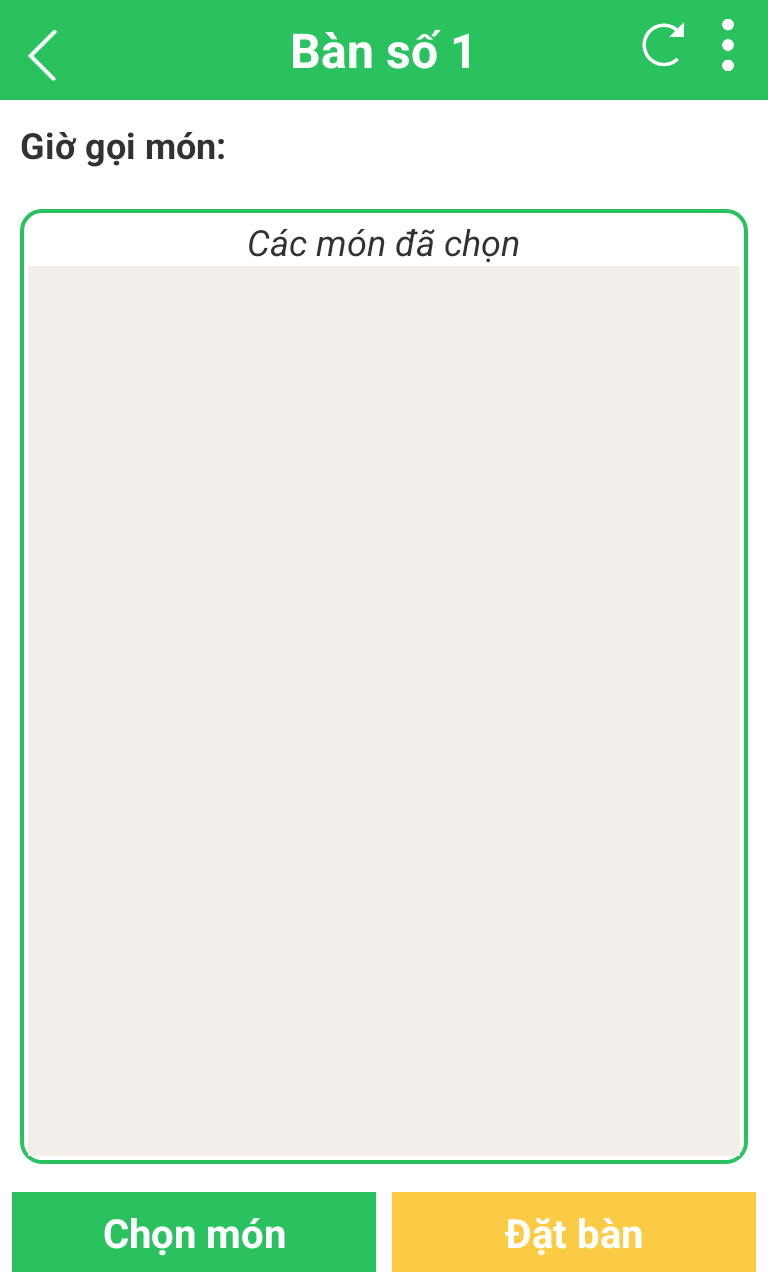
Repository: yenthanh132/Intelresment_AndroidClientApp
Layout: Intelresment/res/layout/activity_table.xml
The author's editor kept a copy of each file at every save. The layout is drawn from the files as they stood at one save, then again after the next save.
It is drawn on a 768 x 1280 px phone screen (xhdpi) without system bars, with theme android:Theme.Holo.Light.NoActionBar; the app's code is not run. Lists and similar views that code fills are empty.

Above is the layout before, as saved 2014-12-29 05:08:16.

### Intelresment/res/layout/activity_table.xml
<?xml version="1.0" encoding="utf-8"?>
<RelativeLayout xmlns:android="http://schemas.android.com/apk/res/android"
    android:layout_width="match_parent"
    android:layout_height="match_parent" >

    <RelativeLayout
        android:id="@+id/header"
        android:layout_width="match_parent"
        android:layout_height="wrap_content"
        android:background="#2AC25F"
        android:padding="5dp" >

        <ImageButton
            android:id="@+id/btnBack"
            android:layout_width="35dp"
            android:layout_height="35dp"
            android:background="@drawable/transparent_button"
            android:scaleType="fitXY"
            android:layout_marginTop="5dp"
            android:src="@drawable/back" />

        <TextView
            android:id="@+id/tvTableName"
            android:layout_width="wrap_content"
            android:layout_height="wrap_content"
            android:layout_centerInParent="true"
            android:text="Bàn số 1"
            android:textColor="#fff"
            android:textSize="24sp"
            android:textStyle="bold" />

        <ImageButton
            android:id="@+id/btnRefresh"
            android:layout_width="35dp"
            android:layout_height="35dp"
            android:layout_toLeftOf="@+id/btnMenu"
            android:background="@drawable/transparent_button"
            android:scaleType="fitXY"
            android:src="@drawable/refresh" />

        <ImageButton
            android:id="@+id/btnMenu"
            android:layout_width="30dp"
            android:layout_height="35dp"
            android:layout_alignParentRight="true"
            android:background="@drawable/transparent_button"
            android:scaleType="fitCenter"
            android:src="@drawable/menu" />
    </RelativeLayout>

    <RelativeLayout
        android:id="@+id/panelDetail"
        android:layout_width="match_parent"
        android:layout_height="wrap_content"
        android:layout_above="@+id/panelButton"
        android:layout_below="@+id/header"
        android:padding="10dp" >

        <TextView
            android:id="@+id/tvLabel1"
            android:layout_width="wrap_content"
            android:layout_height="wrap_content"
            android:text="Giờ gọi món: "
            android:textSize="18sp"
            android:textStyle="bold" />

        <TextView
            android:id="@+id/tvOrderDate"
            android:layout_width="wrap_content"
            android:layout_height="wrap_content"
            android:layout_toRightOf="@+id/tvLabel1"
            android:text=""
            android:textColor="#2AC25F"
            android:textSize="18sp"
            android:textStyle="bold" />

        <RelativeLayout
            android:id="@+id/panelOrderedFood"
            android:layout_width="match_parent"
            android:layout_height="wrap_content"
            android:layout_below="@+id/tvOrderDate"
            android:layout_marginTop="20dp"
            android:background="@drawable/oval_rectangle"
            android:padding="4dp" >

            <TextView
                android:id="@+id/tvLabel2"
                android:layout_width="wrap_content"
                android:layout_height="wrap_content"
                android:layout_centerHorizontal="true"
                android:text="Các món đã chọn"
                android:textSize="18sp"
                android:textStyle="italic" />

            <GridView
                android:id="@+id/gvOrderedFood"
                android:layout_width="match_parent"
                android:layout_height="match_parent"
                android:layout_below="@+id/tvLabel2"
                android:background="#F2EEE9" >
            </GridView>
        </RelativeLayout>
    </RelativeLayout>

    <LinearLayout
        android:id="@+id/panelButton"
        android:layout_width="match_parent"
        android:layout_height="wrap_content"
        android:layout_alignParentBottom="true"
        android:paddingLeft="2dp"
        android:paddingRight="2dp"
        android:weightSum="2" >

        <Button
            android:id="@+id/btnChooseFood"
            android:layout_width="match_parent"
            android:layout_height="wrap_content"
            android:layout_weight="1"
            android:background="@drawable/green_button"
            android:padding="10dp"
            android:text="Chọn món"
            android:textColor="#fff"
            android:textSize="20sp"
            android:textStyle="bold" />

        <Button
            android:id="@+id/btnOrder"
            android:layout_width="match_parent"
            android:layout_height="wrap_content"
            android:layout_weight="1"
            android:background="@drawable/orange_button"
            android:padding="10dp"
            android:text="Đặt bàn"
            android:textColor="#fff"
            android:textSize="20sp"
            android:textStyle="bold" />
    </LinearLayout>

</RelativeLayout>

### Intelresment/res/drawable/transparent_button.xml
<?xml version="1.0" encoding="utf-8"?>
<selector xmlns:android="http://schemas.android.com/apk/res/android">

    <item android:state_pressed="true"><shape>
            <solid android:color="#0E9174" />
        </shape></item>
    <item><shape>
            <solid android:color="#00000000" />
        </shape></item>

</selector>

### Intelresment/res/drawable/oval_rectangle.xml
<?xml version="1.0" encoding="utf-8"?>
<shape xmlns:android="http://schemas.android.com/apk/res/android" >

    <corners android:radius="10dp" />

    <stroke
        android:width="2dp"
        android:color="#2AC25F" />

</shape>

### Intelresment/res/drawable/green_button.xml
<?xml version="1.0" encoding="utf-8"?>
<selector xmlns:android="http://schemas.android.com/apk/res/android">

    <item android:state_pressed="true"><shape>
            <solid android:color="#BDC3C7" />

            <stroke android:width="4dp" android:color="#fff" />

            <padding android:bottom="10dp" android:left="10dp" android:right="10dp" android:top="10dp" />
        </shape></item>
    <item><shape>
            <solid android:color="#2AC25F" />

            <stroke android:width="4dp" android:color="#fff" />


        </shape></item>

</selector>

### Intelresment/res/drawable/orange_button.xml
<?xml version="1.0" encoding="utf-8"?>
<selector xmlns:android="http://schemas.android.com/apk/res/android">

    <item android:state_pressed="true"><shape>
            <solid android:color="#BDC3C7" />

            <stroke android:width="4dp" android:color="#fff" />

            <padding android:bottom="10dp" android:left="10dp" android:right="10dp" android:top="10dp" />
        </shape></item>
    <item><shape>
            <solid android:color="#FBCB43" />

            <stroke android:width="4dp" android:color="#fff" />


        </shape></item>

</selector>

After the next save:
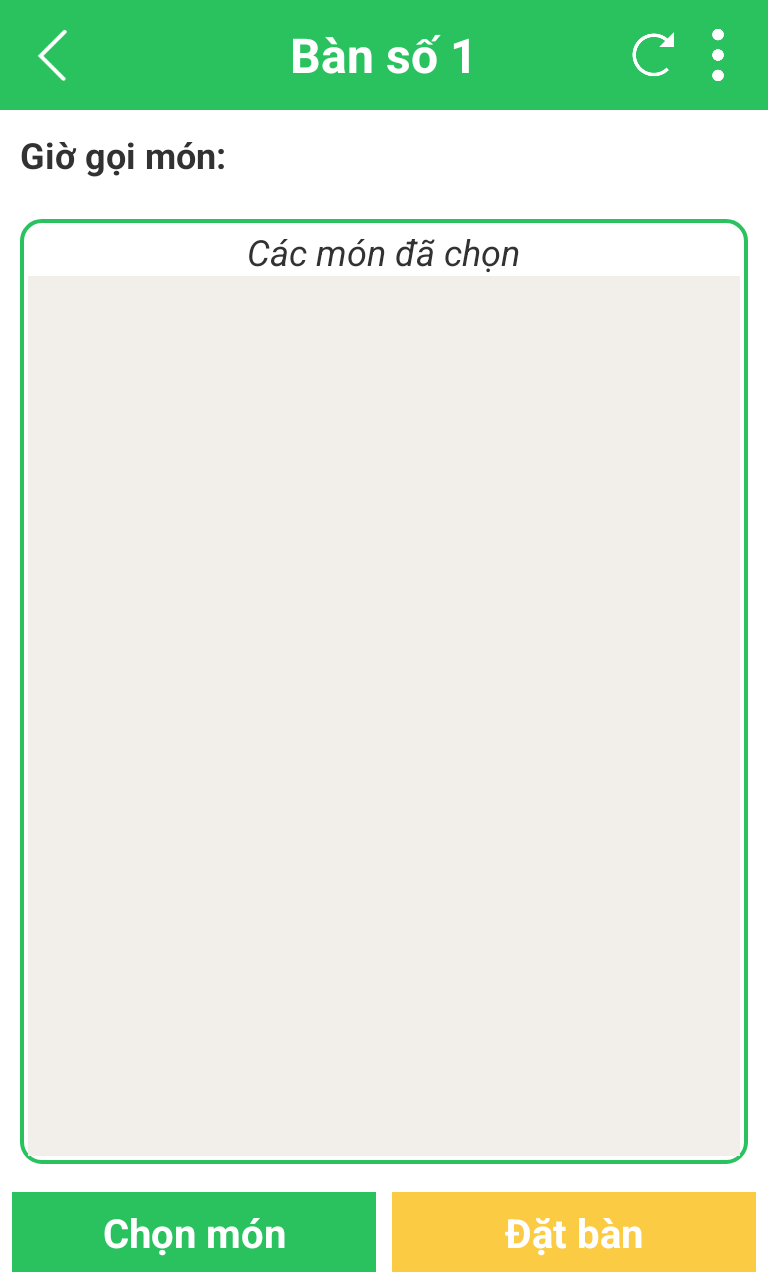
Saved 10 s later.
--- a/Intelresment/res/layout/activity_table.xml
+++ b/Intelresment/res/layout/activity_table.xml
@@ -8,7 +8,7 @@
         android:layout_width="match_parent"
         android:layout_height="wrap_content"
         android:background="#2AC25F"
-        android:padding="5dp" >
+        android:padding="10dp" >
 
         <ImageButton
             android:id="@+id/btnBack"
@@ -16,7 +16,6 @@
             android:layout_height="35dp"
             android:background="@drawable/transparent_button"
             android:scaleType="fitXY"
-            android:layout_marginTop="5dp"
             android:src="@drawable/back" />
 
         <TextView
